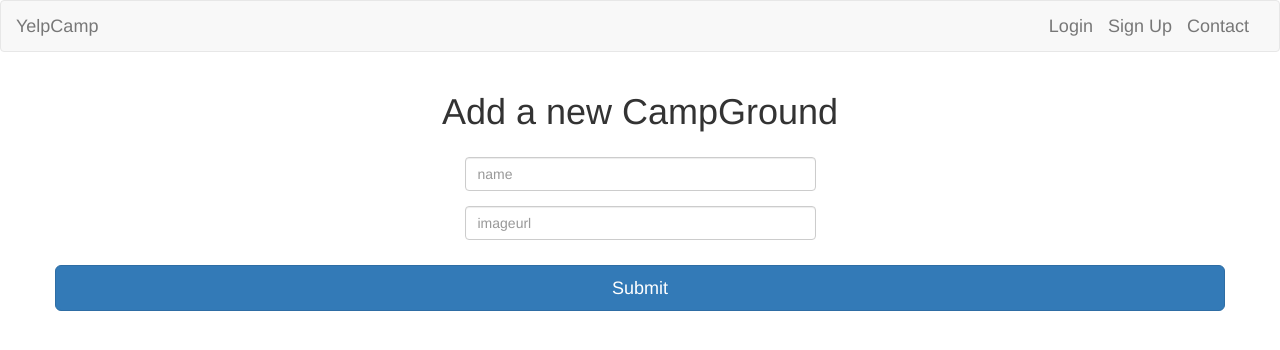
Repository: nittoorp/Web-Developement
Page: http://localhost/campground/new
The author's editor kept a record of every edit. The page is drawn from the files as they stood at one moment, then again after the next edit.
The browser window is 1280 px wide. The pictures show the whole page.
The page is served by the project's Node server (YelpCamp/v1/app.js).

Above is the page before.

After the next edit:
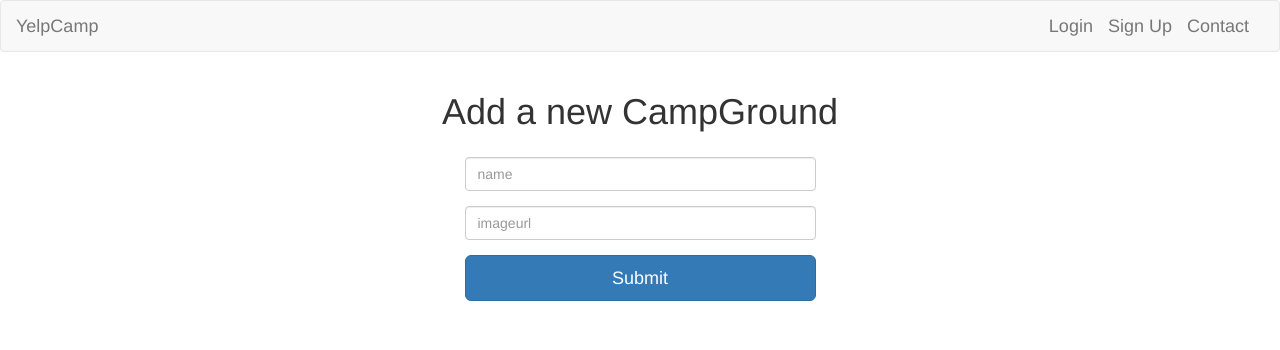
The edit:
--- a/YelpCamp/v1/views/new.ejs
+++ b/YelpCamp/v1/views/new.ejs
@@ -7,6 +7,7 @@
                 <div class="form-group">
                  <input class="form-control" type="text" name="name" placeholder="name"/>
                  </div>
+                 <div class="form-group">
                  <input class="form-control" type="text" name="url" placeholder="imageurl"/>
                  </div>
                  <input class="btn btn-primary btn-lg btn-block" type="submit" value="Submit"/>
